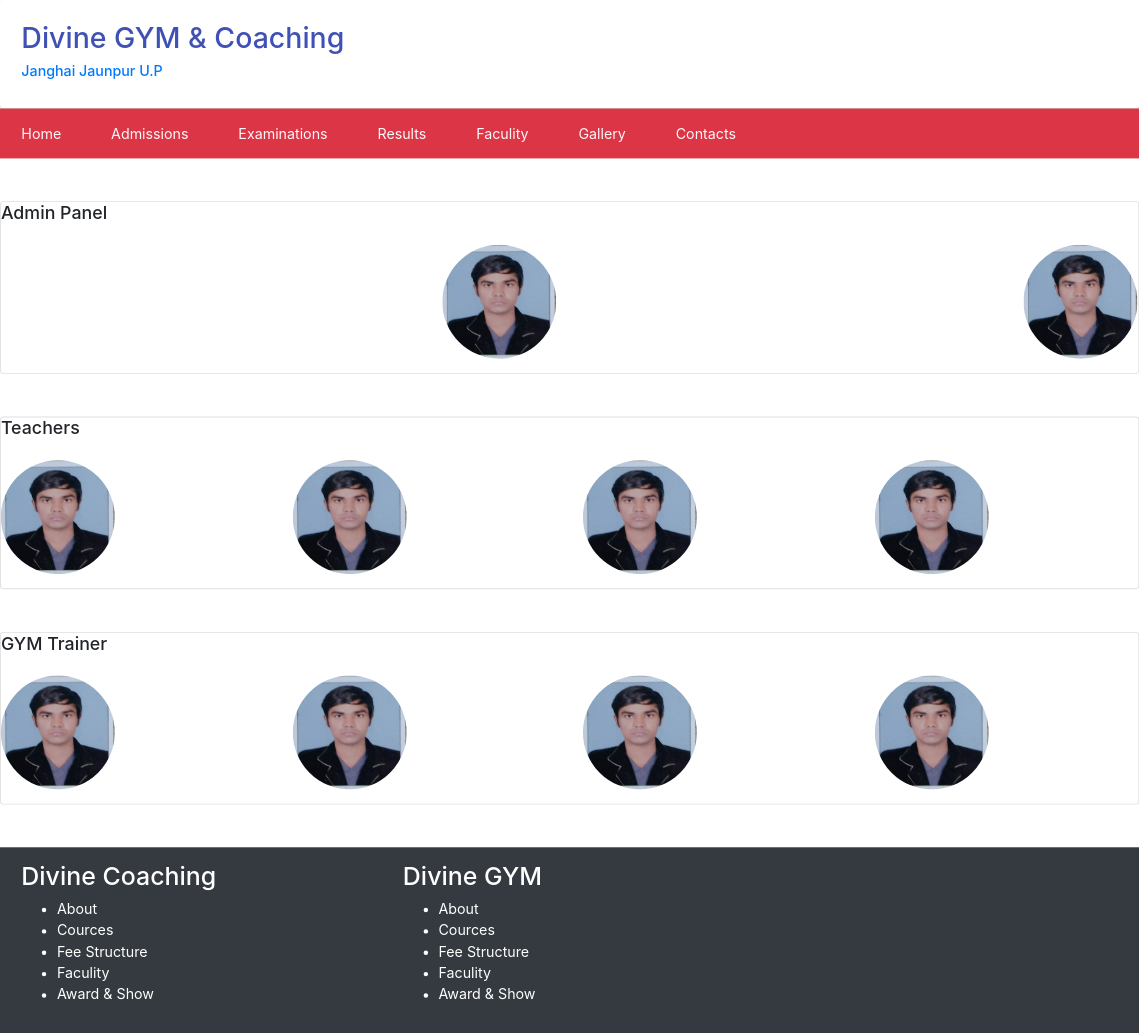
Repository: lalji-yadav/vikash-Coaching-frontend
Page: /faculity
The author's editor kept a copy of each file at every save. The page is drawn from the files as they stood at one save, then again after the next save.
The browser window is 1280 px wide. The pictures show the whole page, at 89% of full size.
The project was rebuilt for these pictures with package versions that can differ from the ones it lists, and the page was loaded fresh each time. Also part of the build but not shown: src/index.css, src/home/home.js, src/component/admission/admission.js, src/component/examination/examination.js, src/component/results/result.js, src/component/gallery/gallery.js.

Above is the page before, as saved 2021-04-10 21:41:11.

After the next save:
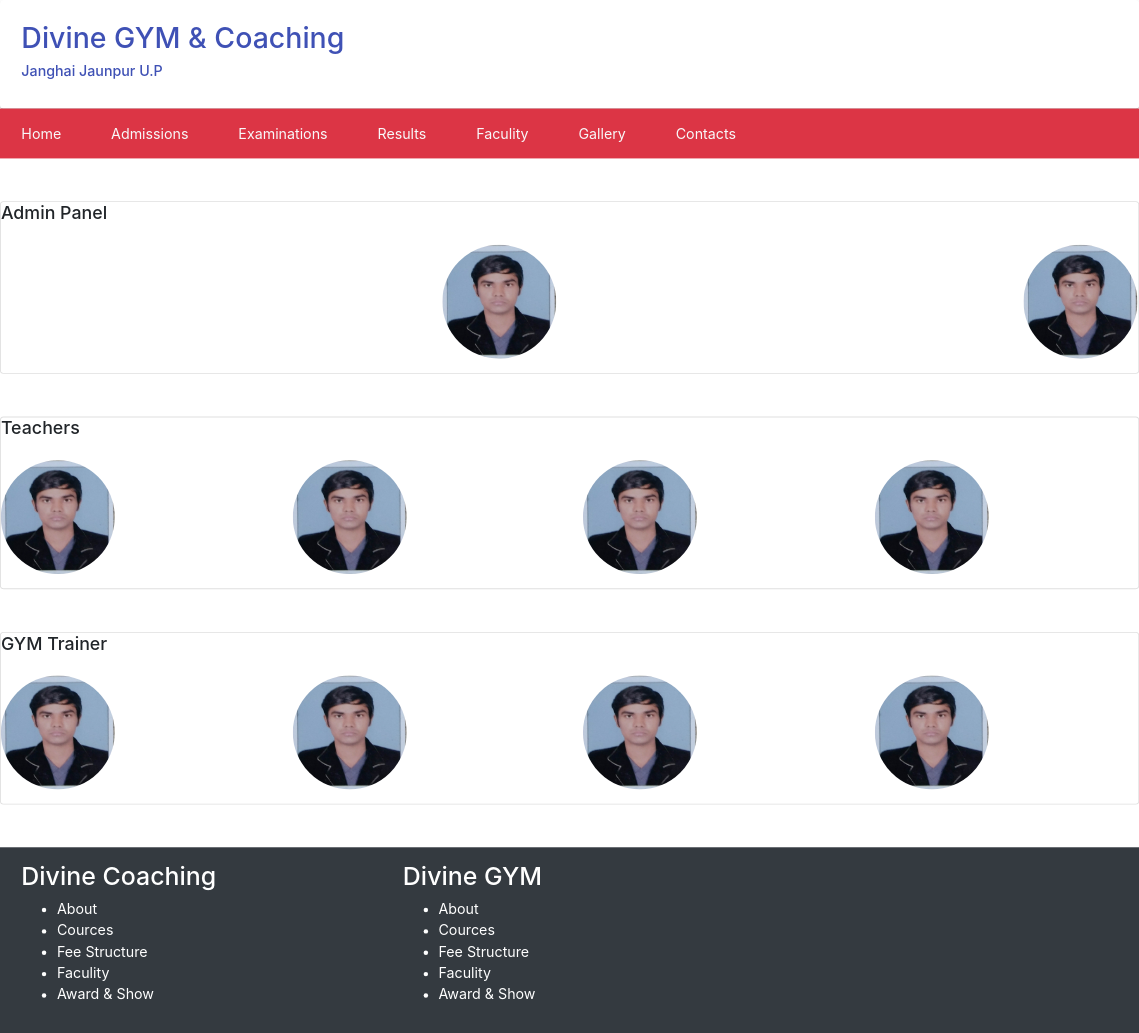
Saved 38 s later.
--- a/src/header/header.js
+++ b/src/header/header.js
@@ -16,7 +16,7 @@ class header extends Component {
             <div>
                 <Card className="py-4 pl-4">
                     <h2 style={{color:"#3f51b5"}}>Divine GYM & Coaching </h2>
-                    <h6 className="text-primary">Janghai Jaunpur U.P</h6>
+                    <h6 style={{color:"#3f51b5"}}>Janghai Jaunpur U.P</h6>
                 </Card>
 
                 <Navbar bg="danger" variant="light" expand="lg">
